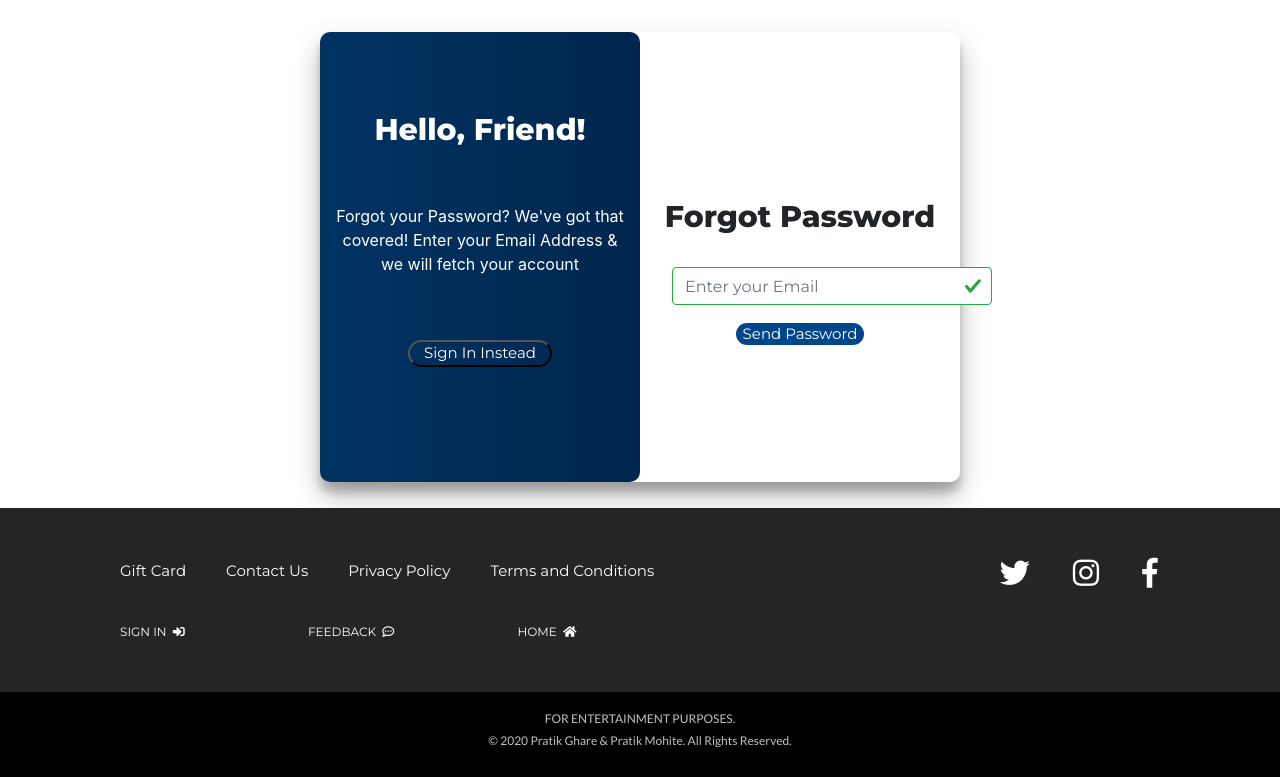
Repository: pratikghare/CafeImbiss
Page: http://localhost/Cafeteria/forgot.jsp
An editor plug-in stored every save of this project. The page is shown before and after the next save, followed by the edit.
The browser window is 1280 px wide. The pictures show the whole page.
Some web fonts or font styles are not loaded; a fallback is used. Some web libraries are served in a nearby version. The page is served by Tomcat 9.

Above is the page before, as saved 2020-11-04 16:50:28.

After the next save:
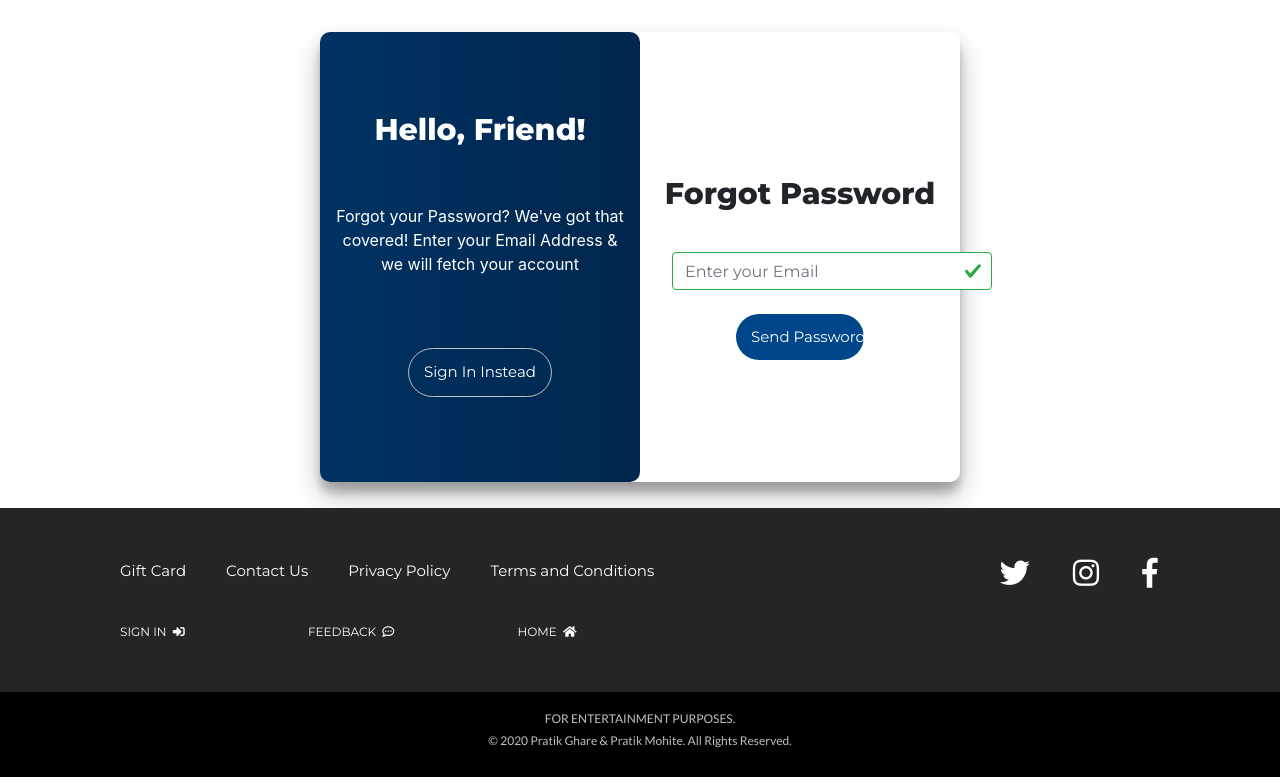
Saved 15 min 23 s later.
--- a/Cafeteria/WebContent/references/login.css
+++ b/Cafeteria/WebContent/references/login.css
@@ -78,7 +78,7 @@
     width: 10em;
 }
 
-/* form input {
+ form input {
     background: #eee;
     border: none;
     padding: 12px 15px;
@@ -87,7 +87,7 @@
     border-radius: 5px;
     border: 1px solid #c0c0c0;
     outline: none;
-} */
+}
 
 form input[type="submit"]{
 	font-size:15px !important;
